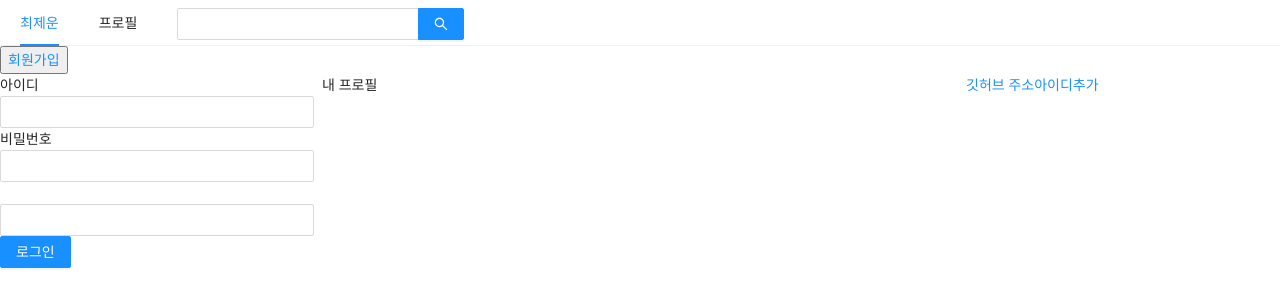
Repository: chlwpdnswku/zerochonext
Page: /profile (app in front/)
The author's editor kept a copy of each file at every save. The page is drawn from the files as they stood at one save, then again after the next save.
The browser window is 1280 px wide. The page is 1284 px wide, so the pictures cover 1284 px, including what lies to the right of the window. The pictures show the whole page.
The project was rebuilt for these pictures with package versions that can differ from the ones it lists, and the page was loaded fresh each time. The framework's server and built-in components were replaced by stand-ins that run in the browser. Also part of the build but not shown: front/components/UserProfile.js.

Above is the page before, as saved 2022-08-28 08:29:22.

After the next save:
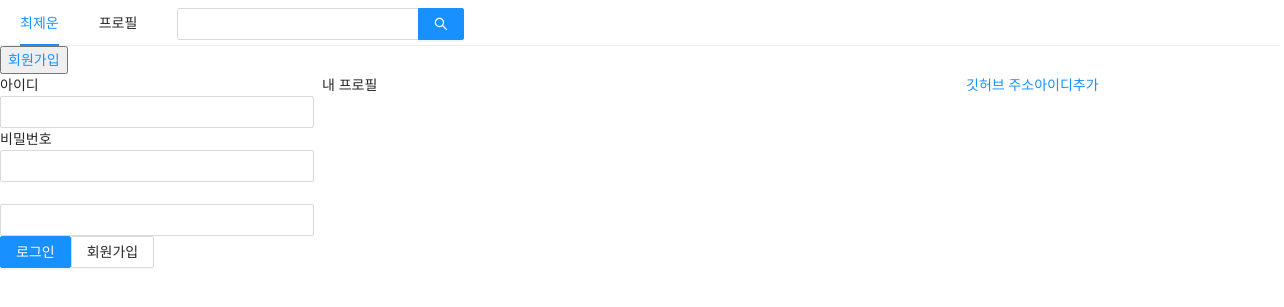
Saved 11 s later.
--- a/front/components/LoginForm.js
+++ b/front/components/LoginForm.js
@@ -37,7 +37,9 @@ function LoginForm() {
           로그인
         </Button>
         <Link href='/signup'>
-          <a></a>
+          <a>
+            <Button>회원가입</Button>
+          </a>
         </Link>
       </div>
     </Form>
